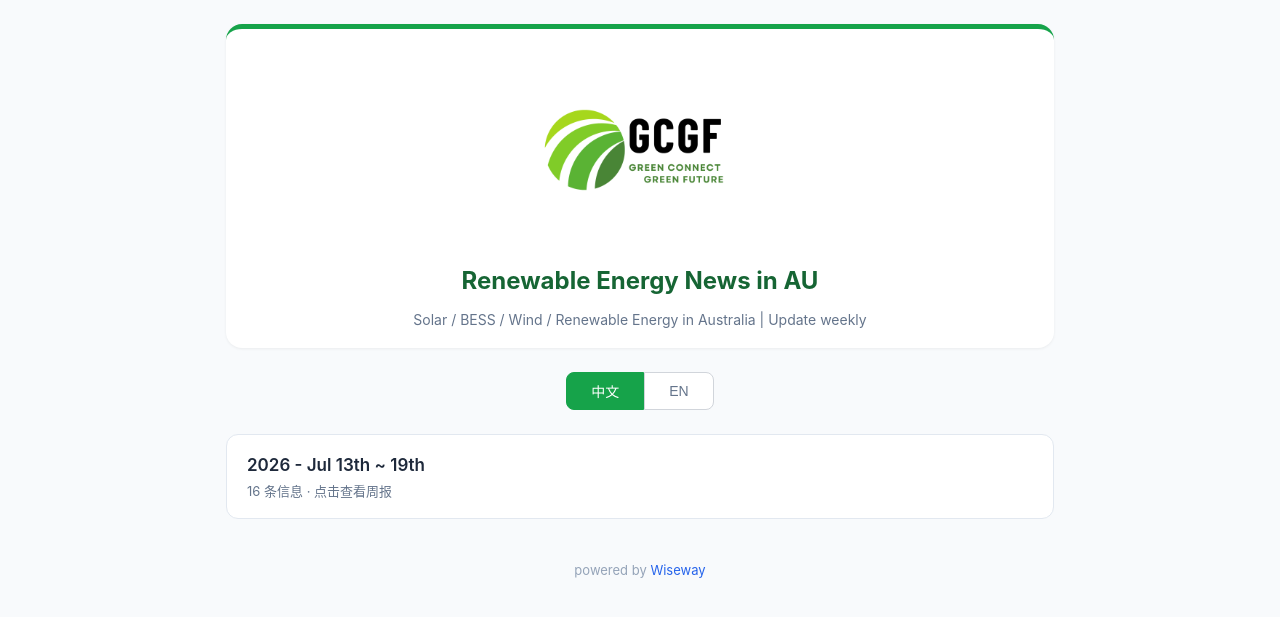
Repository: percival-peng-wiseway/weekly_news_rep
Page: index.html
These files come from the project's save history. The page is drawn as it stood at one moment and after the next save; the edit follows.
The browser window is 1280 px wide. The pictures show the whole page.

Above is the page before, as saved 2026-07-22 03:23:28.

After the next save:
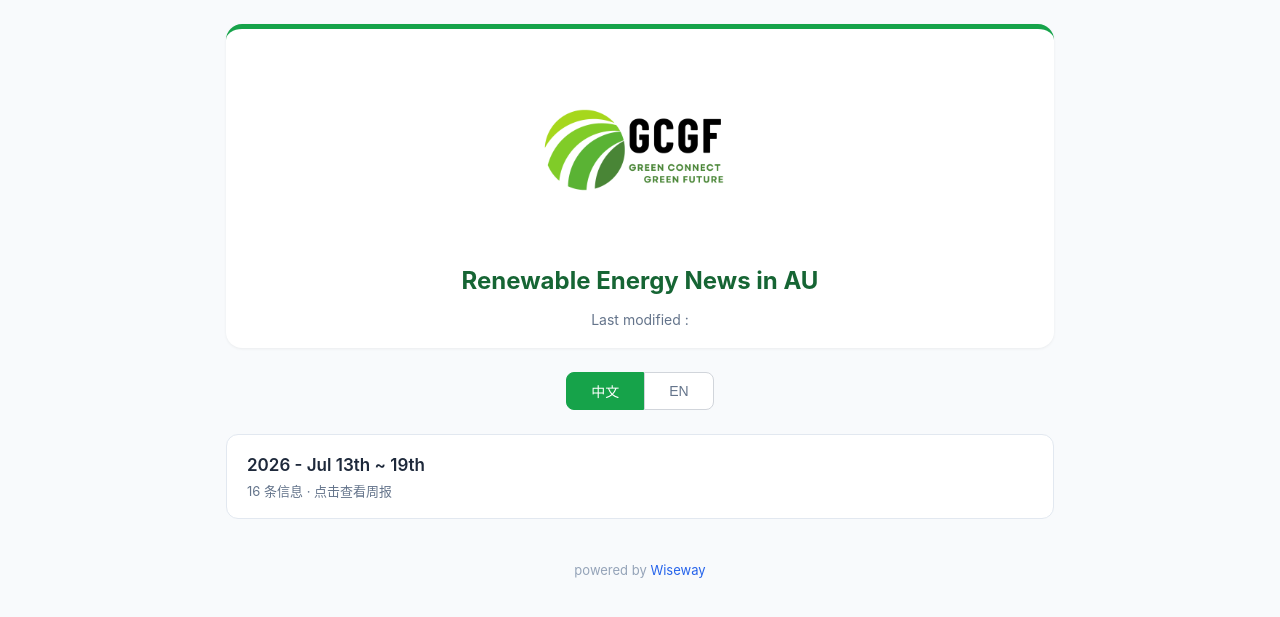
Saved 37 s later.
--- a/index.html
+++ b/index.html
@@ -55,7 +55,7 @@
 <header class="hero">
   <img class="logo" src="gcgf_logo.png" alt="GCGF Logo">
   <h1>Renewable Energy News in AU</h1>
-  <div class="sub">Solar / BESS / Wind / Renewable Energy in Australia | Update weekly </div>
+  <div class="sub">Last modified : </div>
 </header>
 
 <div class="lang-toggle">
